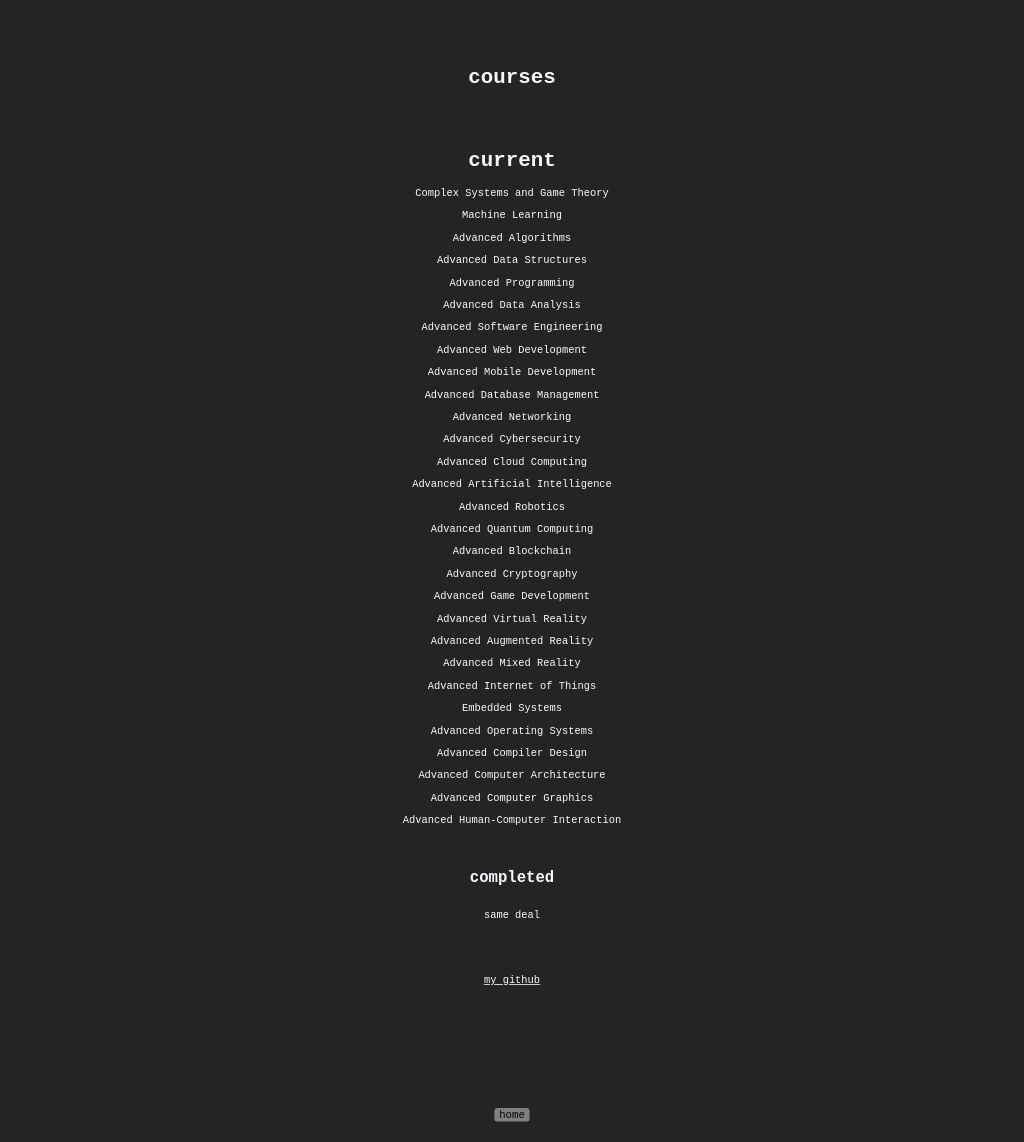
Repository: yellowspots/geneweb
Page: courses.html
These files come from the project's save history. The page is drawn as it stood at one moment and after the next save; the edit follows.
The browser window is 1280 px wide. The pictures show the whole page, at 80% of full size.

Above is the page before, as saved 2024-05-03 00:57:59.

### courses.html
<!DOCTYPE html>
<html>
    <link rel="stylesheet" type="text/css" href="styles.css">
<head>
    <title>projects</title>
</head>
<body>
    <div style="text-align: center; display: flex; align-items: center; justify-content: center; height: 20vh;">
        <h1>courses</h1>
    </div>
    <h1>current</h1>
        <p>Complex Systems and Game Theory</p>
        <p>Machine Learning</p>
        <p>Advanced Algorithms</p>

        <p>Advanced Data Structures</p>
        <p>Advanced Programming</p>
        <p>Advanced Data Analysis</p>
        <p>Advanced Software Engineering</p>
        <p>Advanced Web Development</p>
        <p>Advanced Mobile Development</p>
        <p>Advanced Database Management</p>
        <p>Advanced Networking</p>
        <p>Advanced Cybersecurity</p>
        <p>Advanced Cloud Computing</p>
        <p>Advanced Artificial Intelligence</p>
        <p>Advanced Robotics</p>
        <p>Advanced Quantum Computing</p>
        <p>Advanced Blockchain</p>
        <p>Advanced Cryptography</p>
        <p>Advanced Game Development</p>
        <p>Advanced Virtual Reality</p>
        <p>Advanced Augmented Reality</p>
        <p>Advanced Mixed Reality</p>
        <p>Advanced Internet of Things</p>
        <p>Embedded Systems</p>
        <p>Advanced Operating Systems</p>
        <p>Advanced Compiler Design</p>
        <p>Advanced Computer Architecture</p>
        <p>Advanced Computer Graphics</p>
        <p>Advanced Human-Computer Interaction</p>


    <div style="text-align: center; display: flex; flex-direction: column; align-items: center; justify-content: center; height: 20vh;">
    <h2>completed</h2>
        <p>same deal</p>
    </div>
    <div style="text-align: center; display: flex; flex-direction: column; align-items: center; justify-content: center; height: 10vh;">
        <a href="https://github.com/yerbymatey">my github</a>
    </div>
</body>
<footer>
    <button class="home-button" onclick="window.location.href='index.html'">
        <span>home</span>
    </button>
</footer>
</html>

### styles.css
body {
    background: rgb(36, 36, 36);
    text-align: center;
    margin: 0;
    padding: 25px;
}

#worldmap {
    margin: 20px;
}

#worldmap svg {
    background: rgba(68, 71, 72, 0.4);
    border-radius: 200px;
    box-shadow: 0 0 10px rgba(0, 0, 0, 0.4);
}

.land {
    fill: rgba(143, 142, 142, 0.94);
}

#globesarecool {
    color: #8a8992;
    text-shadow: 0 0 10px rgba(210, 210, 210, 0.4);
}

h1, h2, a, p {
    color: rgb(250, 250, 254);
    font-family: monospace;
}

.my-button {
    background-color: #656161;
    color: #252424;
    border: none;
    padding: 10px 20px;
    font-family: monospace;
    text-align: center;
    text-decoration: none;
    display: inline-block;
    font-size: 16px;
    cursor: pointer;
    border-radius: 6px;
    margin-bottom: 10px;
    margin-right: 1.0%;
    max-width: 175px;
    width: 100%;
    max-height: 60px;
    overflow: hidden;
    white-space: nowrap;

}

.home-button {
    width: auto;
    font-family: monospace;
    cursor: pointer;
    max-width: 160px;
    border: none;
    background-color: grey;
    box-sizing: border-box;
    white-space: nowrap;
    overflow: hidden;
    border-radius: 4px;
    margin-top: 10%;
    text-overflow: ellipsis;
}


@media only screen and (max-width: 600px) {
    .my-button {
        flex-direction: row !important;
        flex-wrap: wrap;
        justify-content: center;
    }
}


@media only screen and (max-width: 600px) {
    h2, #globesarecool {
        font-size: 4vw; /* Reduce font size on smaller screens */
    }
}

After the next save:
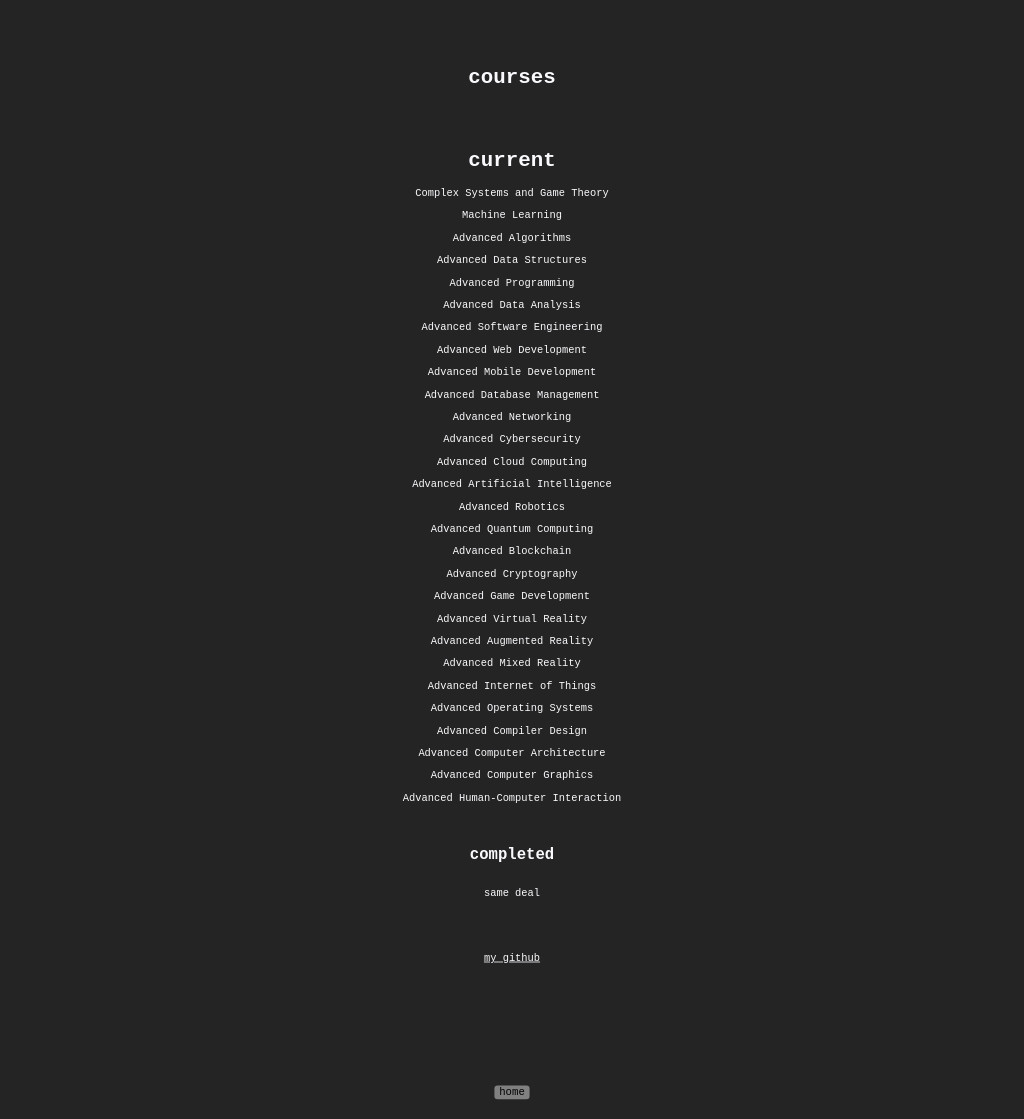
Saved 4 s later.
--- a/courses.html
+++ b/courses.html
@@ -33,7 +33,7 @@
         <p>Advanced Augmented Reality</p>
         <p>Advanced Mixed Reality</p>
         <p>Advanced Internet of Things</p>
-        <p>Embedded Systems</p>
+
         <p>Advanced Operating Systems</p>
         <p>Advanced Compiler Design</p>
         <p>Advanced Computer Architecture</p>
